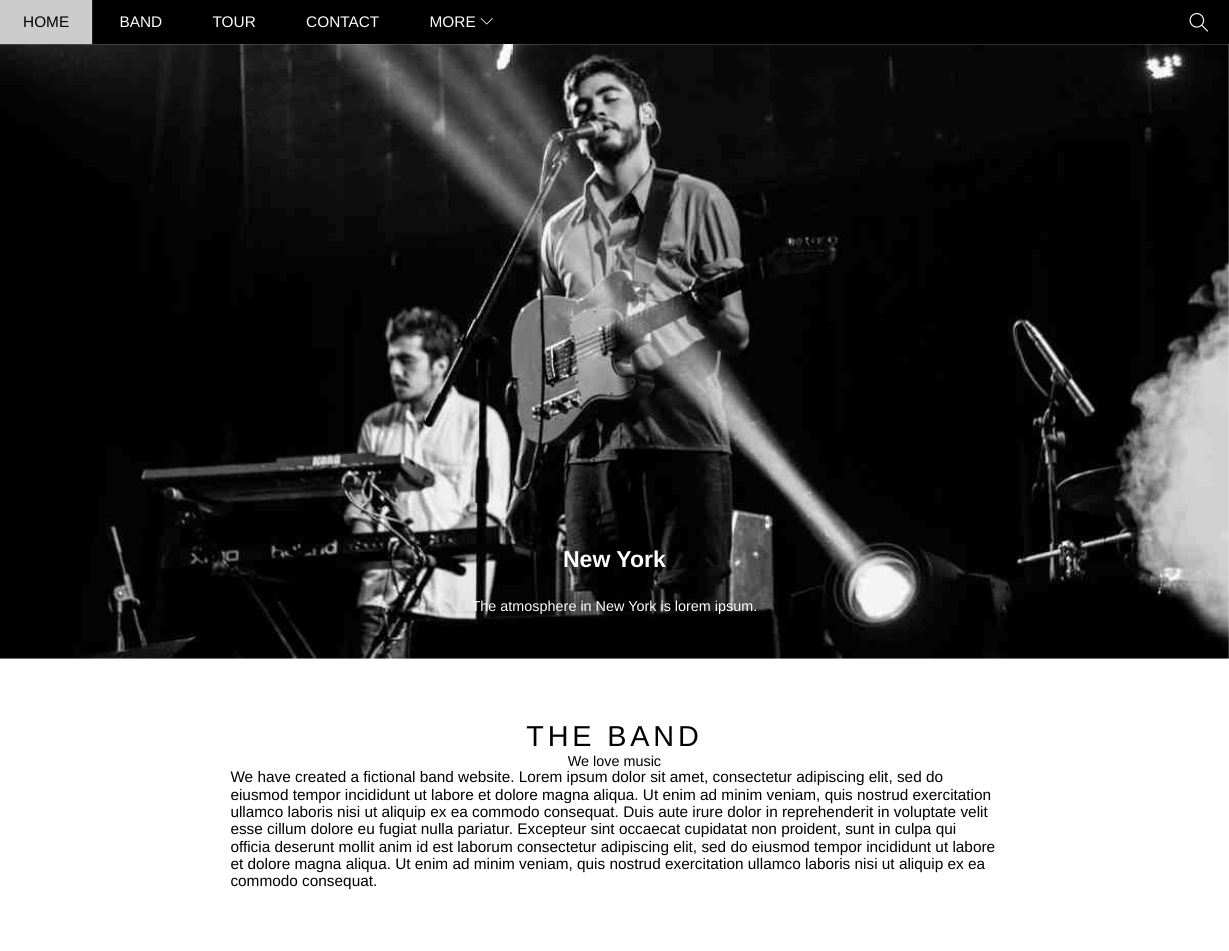
Repository: vophuocthanh/phuocthanhk03
Page: index.html
The author's editor kept a copy of each file at every save. The page is drawn from the files as they stood at one save, then again after the next save.
The browser window is 1280 px wide. The pictures show the whole page, at 96% of full size.

Above is the page before, as saved 2022-03-03 23:14:10.

### index.html
<!DOCTYPE html>
<html lang="en">

<head>
    <meta charset="UTF-8" />
    <meta http-equiv="X-UA-Compatible" content="IE=edge" />
    <meta name="viewport" content="width=device-width, initial-scale=1.0" />
    <title>Document</title>
    <link rel="stylesheet" href="./asset/css/style.css" />
    <link rel="stylesheet" href="/asset/icon/themify-icons/themify-icons.css">
</head>

<body>
    <div id="main">
        <div id="header">
            <!-- Begin : nav -->
            <ul id="nav">
                <li><a href="">Home<a></li>
                <li><a href="">Band</a></li>
                <li><a href="">Tour</a></li>
                <li><a href="">Contact</a></li>
                <li>
                    <a href="">
                        More
                        <i class="nav-arrow-down ti-angle-down"></i>
                    </a>
                    <ul class="subnav">
                        <li><a href="">Merchandise</a></li>
                        <li><a href="">Extras</a></li>
                        <li><a href="">Media</a></li>
                    </ul>
                </li>
            </ul>
            <!-- End: nav -->

            <!-- Begin: Search -->
            <div class="search-btn">
                <i class="search-icon ti-search"></i>
            </div>
            <!-- End: Search -->
        </div>

        <div id="slider">
            <div class="text-content">
                <h2 class="text-heading">New York</h2>
                <div class="text-description">The atmosphere in New York is lorem ipsum.</div>
            </div>
        </div>

        <div id="content">
            <div class="content-section">
                <h2 class="section-heading">THE BAND</h2>
                <p class="section-sub-heading">We love music</p>
                <p class="about-text">We have created a fictional band website. Lorem ipsum dolor sit amet, consectetur adipiscing elit, sed do eiusmod tempor incididunt ut labore et dolore magna aliqua. Ut enim ad minim veniam, quis nostrud exercitation ullamco laboris nisi
                    ut aliquip ex ea commodo consequat. Duis aute irure dolor in reprehenderit in voluptate velit esse cillum dolore eu fugiat nulla pariatur. Excepteur sint occaecat cupidatat non proident, sunt in culpa qui officia deserunt mollit anim
                    id est laborum consectetur adipiscing elit, sed do eiusmod tempor incididunt ut labore et dolore magna aliqua. Ut enim ad minim veniam, quis nostrud exercitation ullamco laboris nisi ut aliquip ex ea commodo consequat.</p>
            </div>
        </div>
        <div id="footer">

        </div>

    </div>
</body>

</html>

### asset/css/style.css
/*Reset*/

* {
    padding: 0;
    margin: 0;
    box-sizing: border-box;
}

html {
    font-family: Helvetica, Arial, sans-serif;
}


/*
 1. Từ ngoài vào trong
 2. Trên xuống dưới
 3. Từ tổng quan đến chi tiết

*/


/*
1. Vị Trí
2. Màu Sắc
3. Kích Thước
4.Kiểu Dáng */

#main {}

#header {
    height: 46px;
    background-color: #000;
    position: fixed;
    top: 0;
    left: 0;
    right: 0;
    z-index: 1;
}

#nav {
    display: inline-block;
}

.subnav {
    list-style-type: none;
}

#nav>li {
    display: inline-block;
}

#nav li {
    position: relative;
}

#nav>li>a {
    color: #fff;
    text-transform: uppercase;
}

#nav li a {
    color: #fff;
    text-decoration: none;
    line-height: 46px;
    padding: 0 24px;
    display: block;
}

#nav li:hover .subnav {
    display: block;
}

#nav>li:hover>a,
#nav .subnav li:hover {
    color: #000;
    background-color: #ccc;
}

#nav .subnav {
    display: none;
    position: absolute;
    top: 100%;
    left: 0;
    min-width: 160px;
    background-color: #fff;
    box-shadow: 0 0 10px rgba(0, 0, 0, 0.3);
}

#nav .subnav a {
    color: #000;
    padding: 0 12px;
}

#nav .nav-arrow-down {
    font-size: 14px;
}

#header .search-btn {
    float: right;
    padding: 0 21px;
    cursor: pointer;
}

#header .search-btn:hover {
    background-color: #f44336;
}

#header .search-icon {
    color: #fff;
    font-size: 20px;
    line-height: 46px;
}

#slider {
    position: relative;
    margin-top: 46px;
    padding-top: 50%;
    background: url("/asset/img/slider/slider1.jpg") top center / cover no-repeat;
}

#slider .text-content {
    position: absolute;
    bottom: 47px;
    color: #fff;
    left: 50%;
    transform: translate(-50%);
    text-align: center;
}

#slider .text-headin {
    font-weight: 500;
    font-size: 24px;
}

#slider .text-description {
    font-size: 15px;
    margin-top: 25px;
}

#content {}

#content .content-section {
    width: 800px;
    padding: 64px 0;
    margin-left: auto;
    margin-right: auto;
}

#content .section-heading {
    font-size: 30px;
    font-weight: 500;
    text-align: center;
    letter-spacing: 4px;
}

#content .section-sub-heading {
    font-size: 15px;
    text-align: center;
}

#foote {}

Loaded but not shown: asset/icon/themify-icons/themify-icons.css (common file)

After the next save:
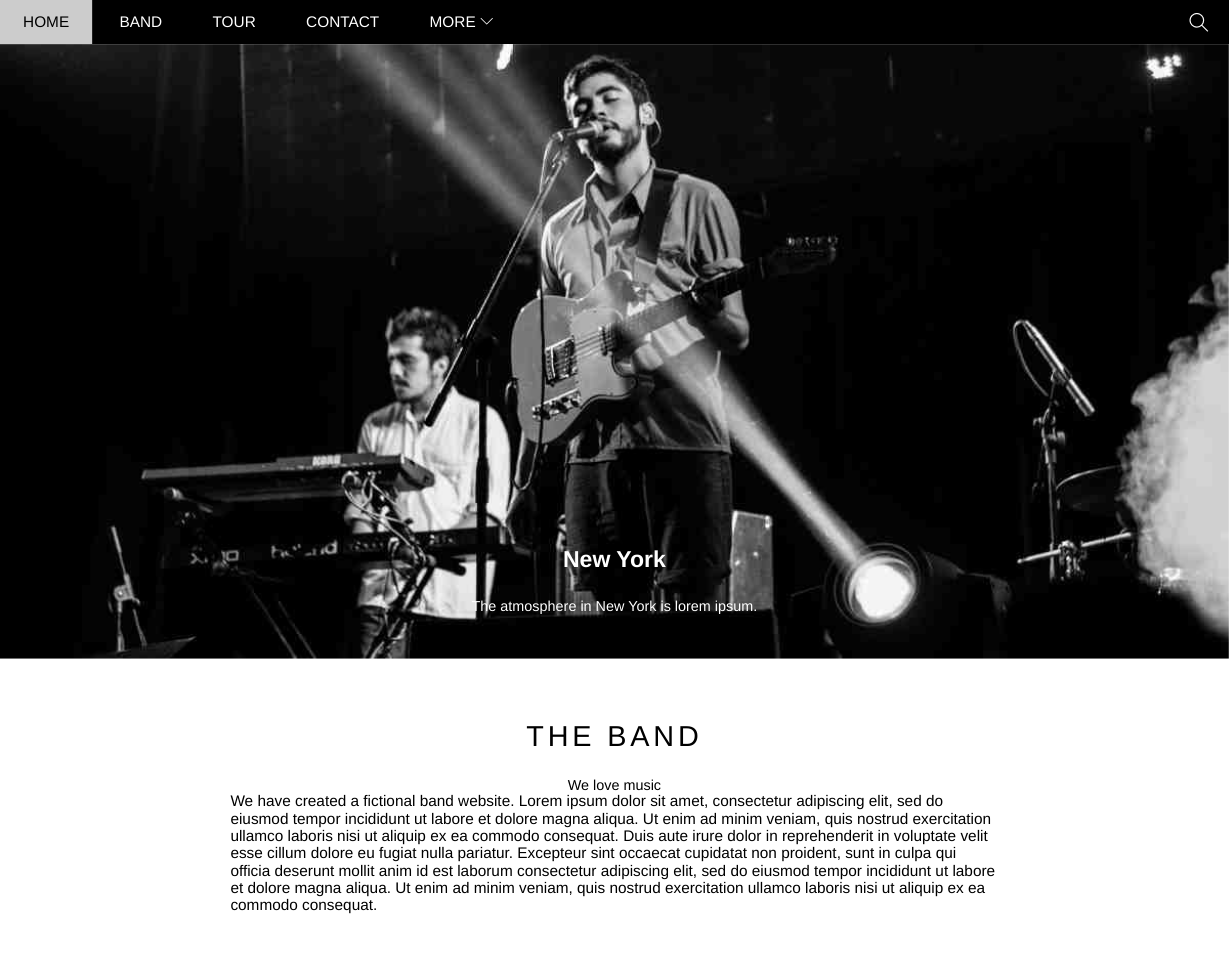
Saved 49 s later.
--- a/asset/css/style.css
+++ b/asset/css/style.css
@@ -156,6 +156,7 @@ html {
 #content .section-sub-heading {
     font-size: 15px;
     text-align: center;
+    margin-top: 25px;
 }
 
 #foote {}
